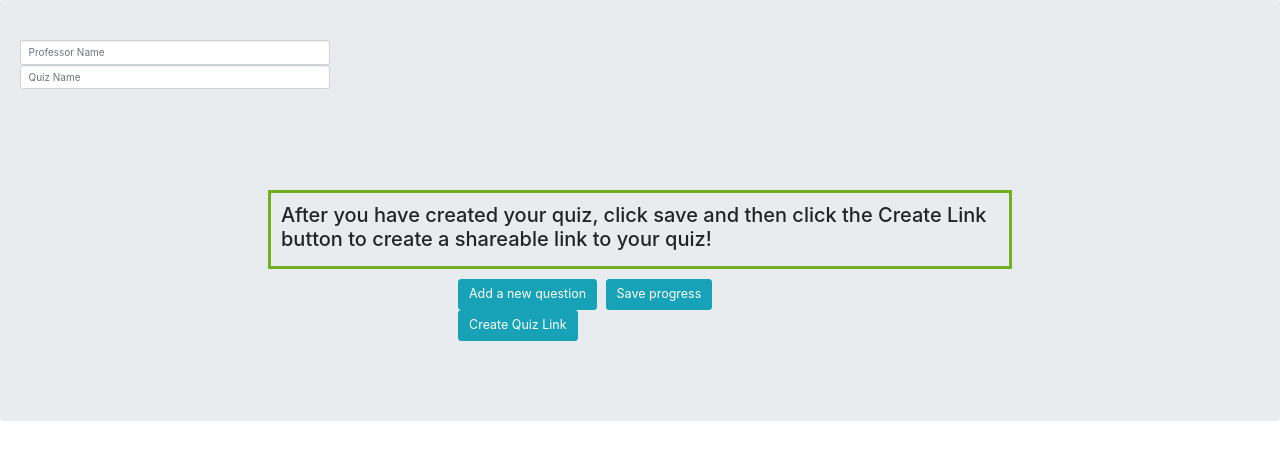
Repository: phillipdacosta/QuizemsNew
Page: /#/home
An editor plug-in stored every save of this project. The page is shown before and after the next save, followed by the edit.
The browser window is 1280 px wide. The pictures show the whole page.
Some web libraries are served in a nearby version. The project was rebuilt for these pictures with package versions that can differ from the ones it lists, and the page was loaded fresh each time. Also part of the build but not shown: angular.json, src/app/quiz/quiz.component.ts, src/app/about/about.component.ts, src/app/student/student.component.ts, src/app/questions/questions.component.ts, src/app/question-display/question-display.component.ts, src/app/timer/timer.component.ts.

Above is the page before, as saved 2019-06-30 16:54:31.

### src/index.html
<!doctype html>
<html>
<head>
  <meta charset="utf-8">
  <title>Angular Bootstrap Demo</title>
  <base href="/">
  <meta name="viewport" content="width=device-width, initial-scale=1">
  <link rel="icon" type="image/x-icon" href="favicon.ico">
  <link rel="stylesheet" href="https://maxcdn.bootstrapcdn.com/bootstrap/3.3.7/css/bootstrap.min.css" integrity="sha384-BVYiiSIFeK1dGmJRAkycuHAHRg32OmUcww7on3RYdg4Va+PmSTsz/K68vbdEjh4u" crossorigin="anonymous">
</head>
<body>
  <app-root>Loading...</app-root>
  <script src="https://code.jquery.com/jquery-3.1.1.min.js" integrity="sha256-hVVnYaiADRTO2PzUGmuLJr8BLUSjGIZsDYGmIJLv2b8=" crossorigin="anonymous"></script>
  <script src="https://maxcdn.bootstrapcdn.com/bootstrap/3.3.7/js/bootstrap.min.js" integrity="sha384-Tc5IQib027qvyjSMfHjOMaLkfuWVxZxUPnCJA7l2mCWNIpG9mGCD8wGNIcPD7Txa" crossorigin="anonymous"></script>
</body>
</html>

### src/app/app-routing.module.ts
import { NgModule } from '@angular/core';
import { Routes, RouterModule } from '@angular/router';
import { ProfessorComponent } from './professor/professor.component';
import { QuestionsComponent } from './questions/questions.component';
import { QuizComponent } from './quiz/quiz.component';
import { AboutComponent } from './about/about.component';

const routes: Routes = [

  {
    path: '',
    component: AboutComponent,

 } ,

  {
    path: 'home',
    component: ProfessorComponent,

 } ,


 {
  path: 'quiz',
  component: QuizComponent

}

];

@NgModule({
  imports: [RouterModule.forRoot(routes), RouterModule.forRoot(routes,{useHash:true})],
  exports: [RouterModule]
})
export class AppRoutingModule { }

### src/app/app.component.ts
import { Component } from '@angular/core';

@Component({
  selector: 'app-root',
  templateUrl: './app.component.html',
  styleUrls: ['./app.component.css']
})
export class AppComponent {
  title = 'quizems';
}

### src/app/professor/professor.component.ts
import { Component, OnInit } from '@angular/core';
import { DataService } from '../data.service';
import { Question } from '../question.model';

@Component({
  selector: 'app-professor',
  templateUrl: './professor.component.html',
  styleUrls: ['./professor.component.css']
})
export class ProfessorComponent implements OnInit {


  question : any;
  link : any
  flag : boolean = false;

  constructor(private data : DataService) { }


  ngOnInit() {


  }



  populateQuiz(){

    this.data.saveData('questions');
    this.flag = true;

  }

  loadQuiz(){
    this.data.loadData('questions');
  }

  newQuestion(){

    let question = new Question();
    this.data.questionslist.push(question)
    console.log(this.data.questionslist)
    this.flag = false;
  }

  createLink(){

    this.link = 'https://quizems-daf82.firebaseapp.com/#/quiz';
    //this.router.navigate(['/quiz']);


      }
  }

### src/app/professor/professor.component.html
<!DOCTYPE html>
<html lang="en">
<head>
  <title>Bootstrap Example</title>
  <meta charset="utf-8">
  <meta name="viewport" content="width=device-width, initial-scale=1">
  <link rel="stylesheet" href="https://maxcdn.bootstrapcdn.com/bootstrap/4.3.1/css/bootstrap.min.css">
  <script src="https://ajax.googleapis.com/ajax/libs/jquery/3.4.1/jquery.min.js"></script>
  <script src="https://cdnjs.cloudflare.com/ajax/libs/popper.js/1.14.7/umd/popper.min.js"></script>
  <script src="https://maxcdn.bootstrapcdn.com/bootstrap/4.3.1/js/bootstrap.min.js"></script>
</head>
<body>

<div class="container">


  <!-- The Modal -->
  <div class="modal" id="myModal">
    <div class="modal-dialog">
      <div class="modal-content">

        <!-- Modal Header -->
        <div class="modal-header">
          <h4 class="modal-title">Congrats!</h4>
          <button type="button" class="close" data-dismiss="modal">&times;</button>
        </div>

        <!-- Modal body -->
        <div class="modal-body">
        Your quiz has been created!
         <br>
         <br>
         Here is your shareable link: https://quizemsnew.firebaseapp.com/#/quiz
        </div>

        <!-- Modal footer -->
        <div class="modal-footer">
          <button type="button" class="btn btn-danger" data-dismiss="modal">Close</button>
        </div>

      </div>
    </div>
  </div>

</div>

</body>
</html>

<div class = "jumbotron">


    <div class = "col-xs-3">

        <div class="form-group">

            <div class="row justify-content-center">

            <input type="text" class="form-control " id="exampleInputPassword1" placeholder="Professor Name">
            <br>

            <input type="text" class="form-control" id="exampleInputPassword1" placeholder="Quiz Name">

          </div>
          </div>
        </div>

  <br>
  <br>
   <br>
    <br>
     <br>

     <br>
     <br>
      <br>
       <br>
        <br>

  <div class = "heading">
  <h2>After you have created your quiz, click save and then click the Create Link button to create a shareable link to your quiz!</h2>

</div>

<div class = "headingButtons">


      <button type="button" class="btn btn-info btn-lg" (click) = "newQuestion()">Add a new question</button>

&nbsp;


    <button type="button" class="btn btn-info btn-lg" (click) = "populateQuiz()">Save progress</button>




&nbsp;
  <!--  <button (click)="loadQuiz()">Load</button>-->
<button type="button" class="btn btn-info btn-lg" data-toggle="modal" data-target="#myModal" (click) = "createLink()">Create Quiz Link</button>

</div>
<br>
<br>


<div *ngFor = "let q of data.questionslist">
  <app-questions [questionModel]="q"></app-questions>
</div>

</div>

### src/app/professor/professor.component.css
.divider{
    width:5px;
    height:auto;
    display:inline-block;
}

.heading{

  margin: auto;
  width: 60%;
  border: 3px solid #73AD21;
  padding: 10px;
}

.headingButtons{

  margin: auto;
  width: 30vw;
  padding: 10px;


}

.inputgroup{

  text-align: center;

}

### src/app/data.service.ts
import { Injectable } from '@angular/core';
import {Model} from "src/app/question-answer.model";
import { Question } from './question.model';


@Injectable({
  providedIn: 'root'
})
export class DataService {


  professorQuestion : any;
  questionslist : Array <Question>;

  constructor() {

    this.questionslist= new Array<Question>();


    }

    arrayToJSON(array){
        return {"data": array};
    }

    saveData(key: string){
      const value = JSON.stringify(this.arrayToJSON(this.questionslist));
      localStorage.setItem(key, value);
      console.log(value)
    }

    loadData(key: string){
      this.questionslist = JSON.parse(localStorage.getItem(key))['data'];
      console.log(this.questionslist);
    }

  }

### src/app/question.model.ts
export class Question {

    question : any = '';
    answerOne : any = '';
    answerTwo : any = '';
    answerThree : any = '';
    answerFour : any = '';
    correctAnswer : any = '';

}

Loaded but not shown: src/styles.css (common file); src/main.ts (common file); src/app/app.module.ts (common file); src/environments/environment.ts (common file); src/app/app.component.html (common file); src/app/app.component.css (no stored copy; drawn as an empty file)

After the next save:
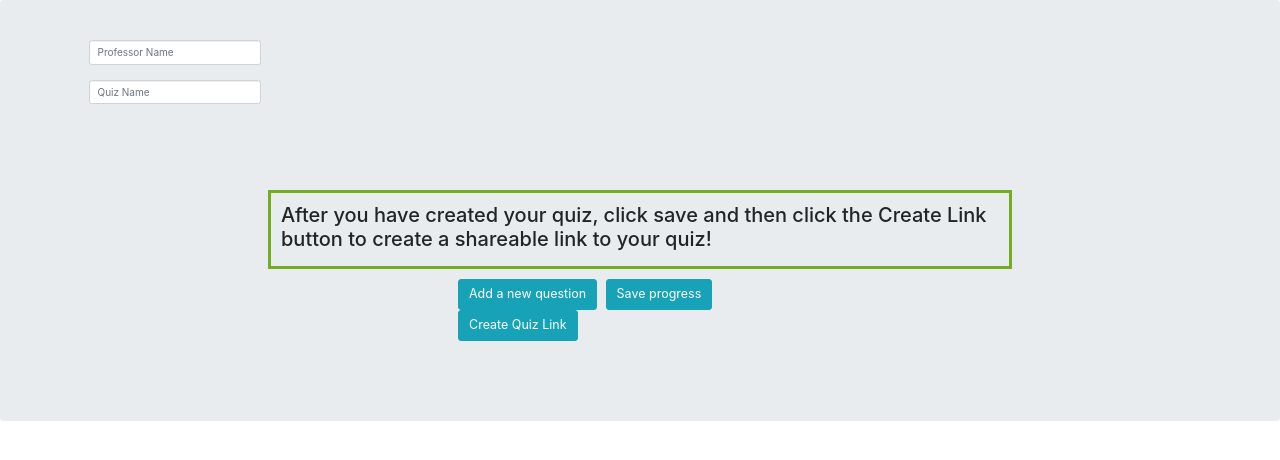
Saved 32 s later.
--- a/src/app/professor/professor.component.html
+++ b/src/app/professor/professor.component.html
@@ -51,10 +51,10 @@
 
 
     <div class = "col-xs-3">
-
+        <div class="row justify-content-center">
         <div class="form-group">
 
-            <div class="row justify-content-center">
+
 
             <input type="text" class="form-control " id="exampleInputPassword1" placeholder="Professor Name">
             <br>
